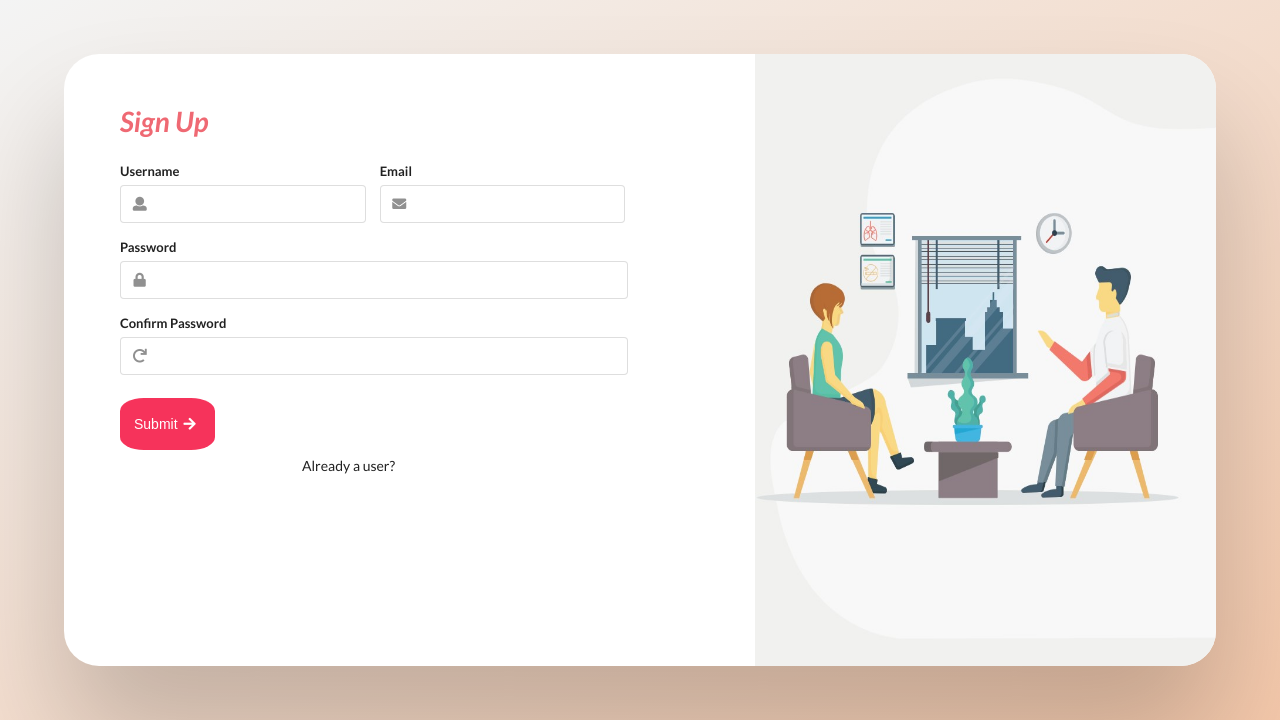
Repository: ajayaj2001/healthcare-digitization
Page: /
These files come from the project's save history. The page is drawn as it stood at one moment and after the next save; the edit follows.
The browser window is 1280 px wide. The pictures show the whole page.
The project was rebuilt for these pictures with package versions that can differ from the ones it lists, and the page was loaded fresh each time. Also part of the build but not shown: src/component/userType/UserType.scss, src/component/userType/UserType.js, src/component/login/Login.scss, src/component/login/loginForm/LoginForm.scss, src/component/login/loginForm/LoginForm.js, src/component/login/Login.js.

Above is the page before, as saved 2021-03-12 22:31:07.

After the next save:
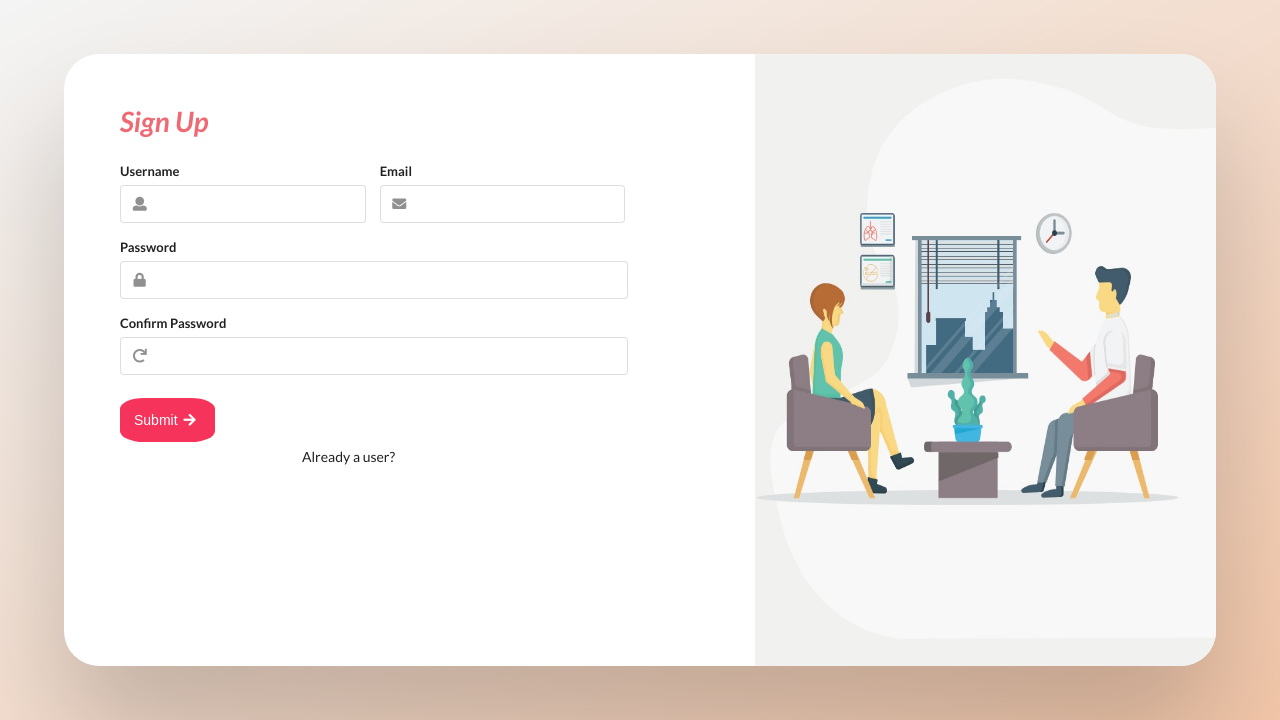
Saved 4 s later.
--- a/src/component/register/registerForm/RegisterForm.scss
+++ b/src/component/register/registerForm/RegisterForm.scss
@@ -17,7 +17,7 @@
     &__button {
         background-color: #f6335b;
         border: none;
-        padding: 1.3rem 1rem;
+        padding: 1rem 1rem;
         border-radius: 25%;
         color: white;
         margin-top: 0.6rem;
